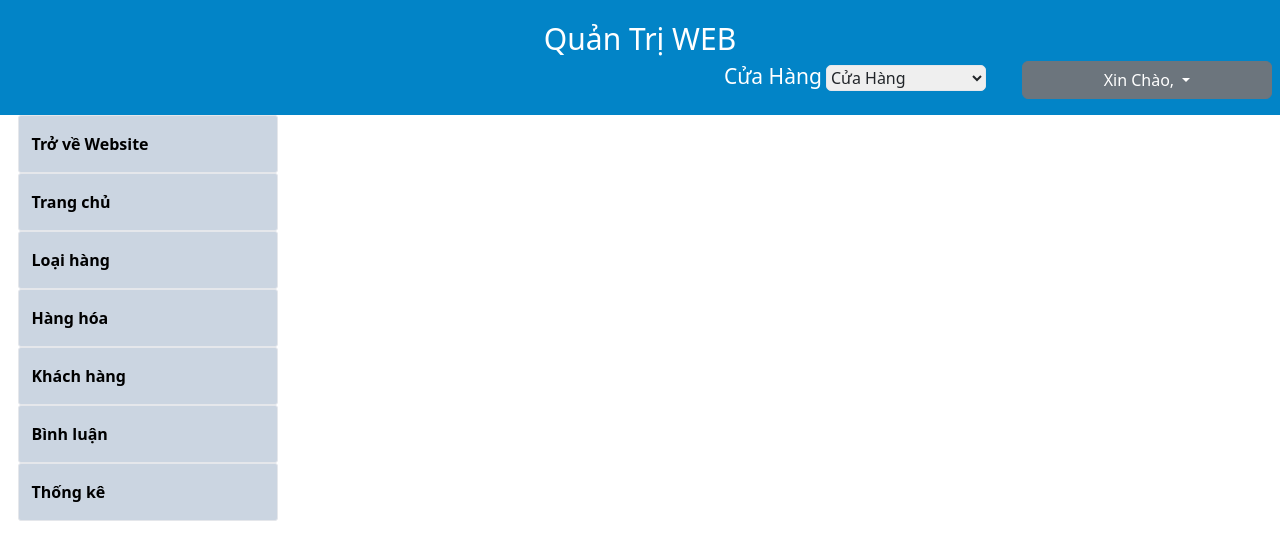
Repository: Leduc20/Website-Shopping-Clothes-Men-master
Page: http://localhost/webbanhang/admin/?danh-muc
These files come from the project's save history. The page is drawn as it stood at one moment and after the next save; the edit follows.
The browser window is 1280 px wide. The pictures show the whole page.
Some web fonts or font styles are not loaded; a fallback is used. Some web libraries are served in a nearby version. The page is run by PHP 8.4 with error messages shown; the project is at /var/www/html/.

Above is the page before, as saved 2022-11-14 19:13:43.

After the next save:
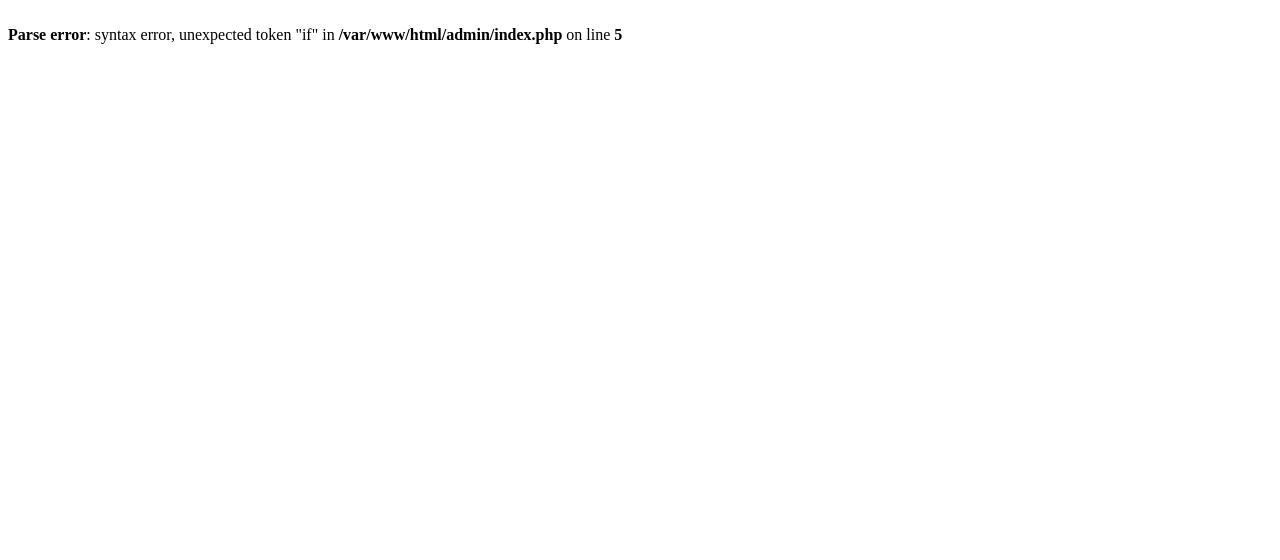
Saved 35 s later.
--- a/admin/index.php
+++ b/admin/index.php
@@ -1,6 +1,7 @@
 <?php
     require_once '../global.php';
     require_once '../model/pdo.php';
+    re
     if(isset($_GET['danh-muc'])){
         $VIEW_AD = './danh-muc/index.php';
     }
